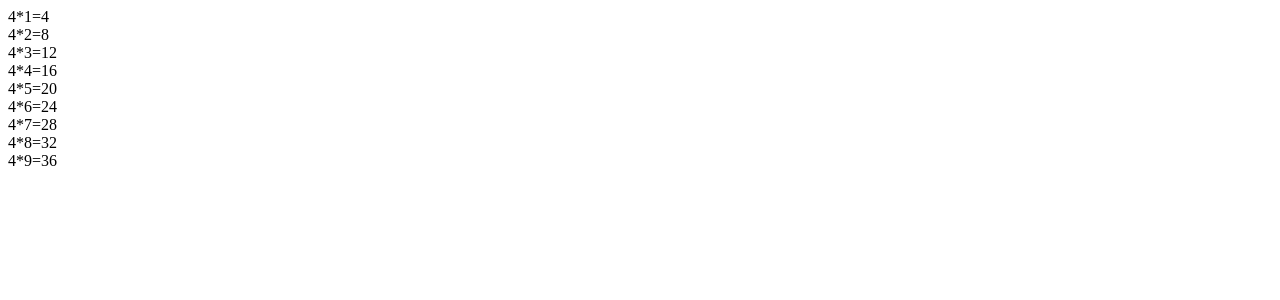
Repository: umhayun/myJSP
Page: http://localhost/basicJSP/scriptlet2.jsp
The author's editor kept a copy of each file at every save. The page is drawn from the files as they stood at one save, then again after the next save.
The browser window is 1280 px wide. The pictures show the whole page.
The page is served by Tomcat 9. Other server files are loaded and not shown.

Above is the page before, as saved 2022-01-18 03:00:12.

### basicJSP/src/main/webapp/scriptlet2.jsp
<%@ page language="java" contentType="text/html; charset=UTF-8"
    pageEncoding="UTF-8"%>
<!DOCTYPE html>
<html>
<head>
<meta charset="UTF-8">
<title>Insert title here</title>
</head>
<body>
<%
//out.println(),break사용해서 구구단 4단 출력
int a=4;
int i=1;
while(i<=9){
	out.println(a+"*"+i+"="+(a*i)+"<br>");

	if(i>9)
		break;
	i++;
}

%>
</body>
</html>

After the next save:
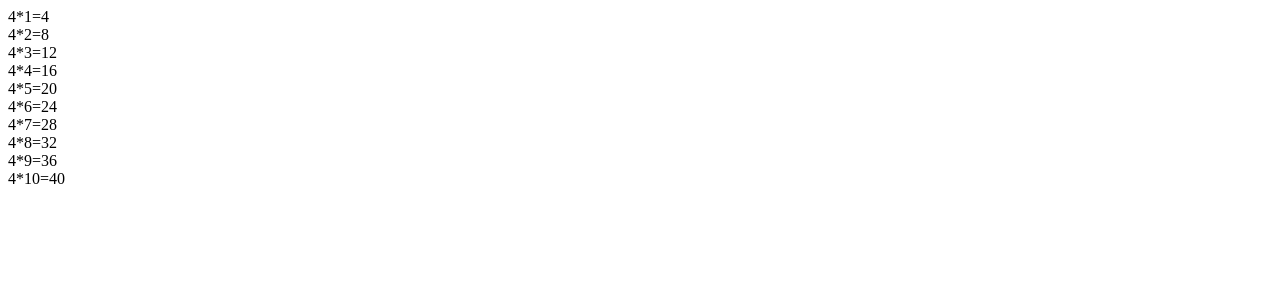
Saved 11 s later.
--- a/basicJSP/src/main/webapp/scriptlet2.jsp
+++ b/basicJSP/src/main/webapp/scriptlet2.jsp
@@ -11,7 +11,7 @@
 //out.println(),break사용해서 구구단 4단 출력
 int a=4;
 int i=1;
-while(i<=9){
+while(true){
 	out.println(a+"*"+i+"="+(a*i)+"<br>");
 
 	if(i>9)

After the 2 saves that followed:
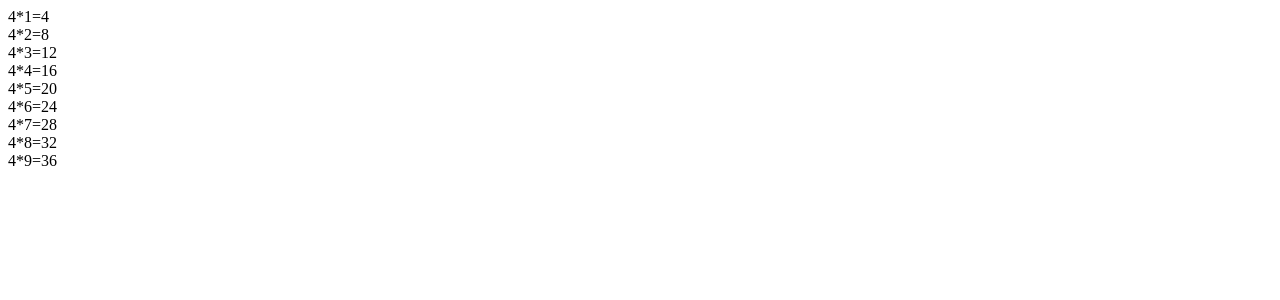
The 2 saves are shown as one change because 1 left the picture as it was.
The last was saved 13 s later.
--- a/basicJSP/src/main/webapp/scriptlet2.jsp
+++ b/basicJSP/src/main/webapp/scriptlet2.jsp
@@ -13,10 +13,10 @@
 int i=1;
 while(true){
 	out.println(a+"*"+i+"="+(a*i)+"<br>");
-
+	i++;
 	if(i>9)
 		break;
-	i++;
+
 }
 
 %>
